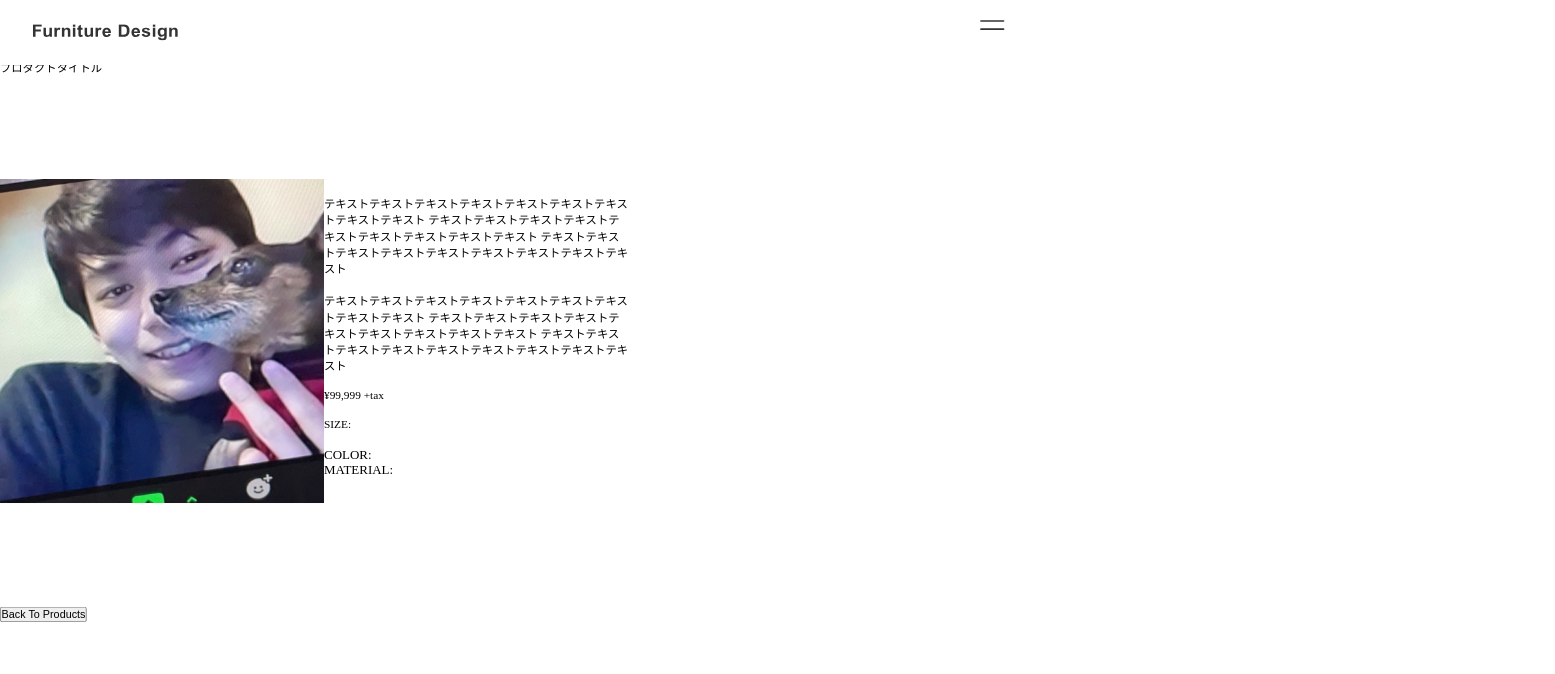
Repository: kohei23n/tenfeet
Page: menbers2/index.html
An editor plug-in stored every save of this project. The page is shown before and after a run of saves, followed by the edit.
The browser window is 1280 px wide. The page is 1920 px wide, so the pictures cover 1920 px, including what lies to the right of the window. The pictures show the whole page, at 81% of full size.

Above is the page before, as saved 2022-02-08 21:58:02.

### menbers2/index.html
<!DOCTYPE html>
<html lang="en">

<head>
    <meta charset="UTF-8" />
    <meta http-equiv="X-UA-Compatible" content="IE=edge" />
    <meta name="viewport" content="width=device-width, initial-scale=1.0" />
    <link rel="stylesheet" href="../reset.css">
    <link rel="stylesheet" href="menbers2.css" />
    <title>Document</title>
</head>

<body>
    <header id="header" class="wrapper open">
        <h1 class="title">
            <a href="index.html">
                <img src="..\img\logo.svg" alt="Furniture Design" />
            </a>
        </h1>
        <nav id="nav">
            <ul class="nav_menu" style="display: none">
                <li><a href="">PRODUCTS</a></li>
                <li><a href="">ABOUT</a></li>
                <li><a href="">COMPANY</a></li>
                <li><a href="">CONTACT</a></li>
            </ul>
        </nav>
        <div class="button">
            <span></span>
            <span></span>
        </div>
    </header>




    <div id="content2"></div>
    <script src="menbers2.js"></script>
</body>

</html>

### reset.css
html, body, div, span, applet, object, iframe,
h1, h2, h3, h4, h5, h6, p, blockquote, pre,
a, abbr, acronym, address, big, cite, code,
del, dfn, em, img, ins, kbd, q, s, samp,
small, strike, strong, sub, sup, tt, var,
b, u, i, center,
dl, dt, dd, ol, ul, li,
fieldset, form, label, legend,
table, caption, tbody, tfoot, thead, tr, th, td,
article, aside, canvas, details, embed,
figure, figcaption, footer, header, hgroup,
menu, nav, output, ruby, section, summary,
time, mark, audio, video {
    margin: 0;
    padding: 0;
    border: 0;
    font-size: 100%;
    font: inherit;
    vertical-align: baseline;
}
/* HTML5 display-role reset for older browsers */
article, aside, details, figcaption, figure,
footer, header, hgroup, menu, nav, section {
    display: block;
}
body {
    /* line-height: 1; */
}
ol, ul {
    list-style: none;
}
blockquote, q {
    quotes: none;
}
blockquote:before, blockquote:after,
q:before, q:after {
    content: '';
    content: none;
}
table {
    border-collapse: collapse;
    border-spacing: 0;
}

### menbers2/menbers2.css
* {
  margin: 0;
  padding: 0;
}

body{
    padding: 5% 0;
}

#header {
  width: 100%;
  height: 80px;
  background-color: #fff;
  display: flex;
  align-items: center;
  justify-content: space-between;
  position: fixed;
  left: 0;
  right: 0;
  top: 0;
  z-index: 10;
}

.wrapper {
  max-width: 1360px;
  padding: 0 40px;
  box-sizing: border-box;
}

h1 {
  display: block;
  font-size: 2em;
  margin-block-start: 0.67em;
  margin-block-end: 0.67em;
  margin-inline-start: 0px;
  margin-inline-end: 0px;
  font-weight: bold;
}

.title a {
  width: 180px;
  line-height: 1px;
  display: block;
}

img {
  max-width: 100%;
}

.open #nav {
  left: 0;
  opacity: 1;
}

/* #nav {
  position: fixed;
  top: 0;
  width: 300px;
  color: #fff;
  padding: 36px 50px;
  transition: all 0.5s;
  z-index: 20;
}

#nav li {
  margin-bottom: 14px;
  list-style: none;
}

#nav a {
  color: #fff;
  text-decoration: none;
  transition: all 0.5s;
} */

.button {
  width: 30px;
  height: 30px;
  position: relative;
  transition: all 0.5s;
  cursor: pointer;
  z-index: 20;
}

.button span:nth-child(1) {
  top: 10px;
}

.button span {
  display: block;
  position: absolute;
  width: 30px;
  height: 2px;
  background-color: #333;
  border-radius: 4px;
  transition: all 0.5s;
}

.member_name{
    font-size: 14px;
    font-weight: 100;
}



.member{
    /* display: block;
    margin-top: 10%; */
}

.member_img{
    width: 400px;
    height: 400px;
    object-fit: cover;
}

.section_member{
    margin: 10% 0;
    width: 150%;
    display: flex;
}

.message{
    font-size: 14px;
    width: 25%;
    margin: 20px 0;
}

### menbers2/menbers2.js
let content = `<h1 class="member_name">プロダクトタイトル</h1>
<section class="section_member">
<img src="../img/9.jpg" alt="" class="member_img">
<div class="member_content">
        <p class="message">テキストテキストテキストテキストテキストテキストテキストテキストテキスト テキストテキストテキストテキストテキストテキストテキストテキストテキスト テキストテキストテキストテキストテキストテキストテキストテキストテキスト</p>
        <p class="message">テキストテキストテキストテキストテキストテキストテキストテキストテキスト テキストテキストテキストテキストテキストテキストテキストテキストテキスト テキストテキストテキストテキストテキストテキストテキストテキストテキスト</p>
        <p class="message">¥99,999 +tax</p>
        <p class="message">SIZE: </p>
        COLOR: </p>
        MATERIAL:</p>
</div>
</section>
<button class="page_back">Back To Products</button>
`

let content2 = document.getElementById("content2");
content2.insertAdjacentHTML("beforebegin", content);

After the next 2 saves:
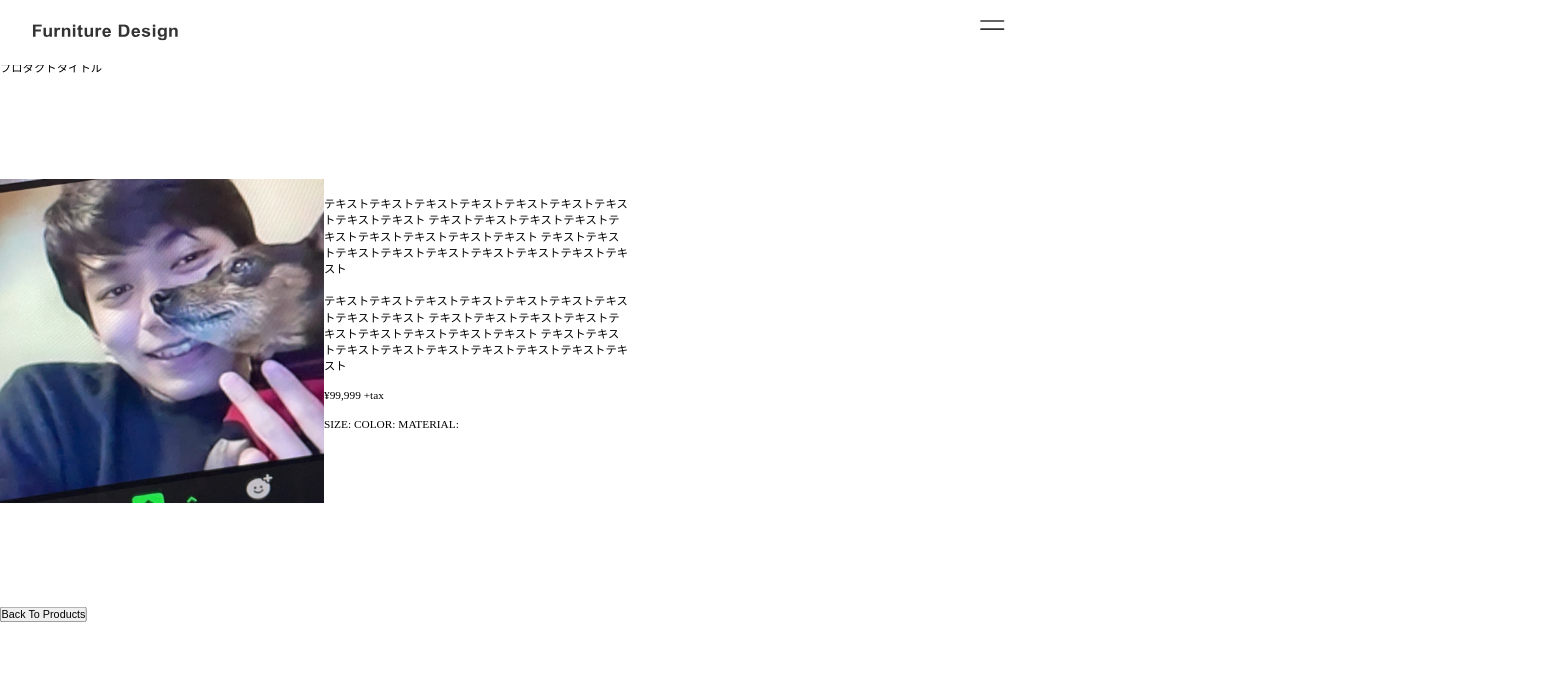
The 2 saves are shown as one change because they came seconds apart.
The last was saved 7 s later.
--- a/menbers2/menbers2.js
+++ b/menbers2/menbers2.js
@@ -5,8 +5,8 @@ let content = `<h1 class="member_name">プロダクトタイトル</h1>
         <p class="message">テキストテキストテキストテキストテキストテキストテキストテキストテキスト テキストテキストテキストテキストテキストテキストテキストテキストテキスト テキストテキストテキストテキストテキストテキストテキストテキストテキスト</p>
         <p class="message">テキストテキストテキストテキストテキストテキストテキストテキストテキスト テキストテキストテキストテキストテキストテキストテキストテキストテキスト テキストテキストテキストテキストテキストテキストテキストテキストテキスト</p>
         <p class="message">¥99,999 +tax</p>
-        <p class="message">SIZE: </p>
-        COLOR: </p>
+        <p class="message">SIZE:
+        COLOR:
         MATERIAL:</p>
 </div>
 </section>
